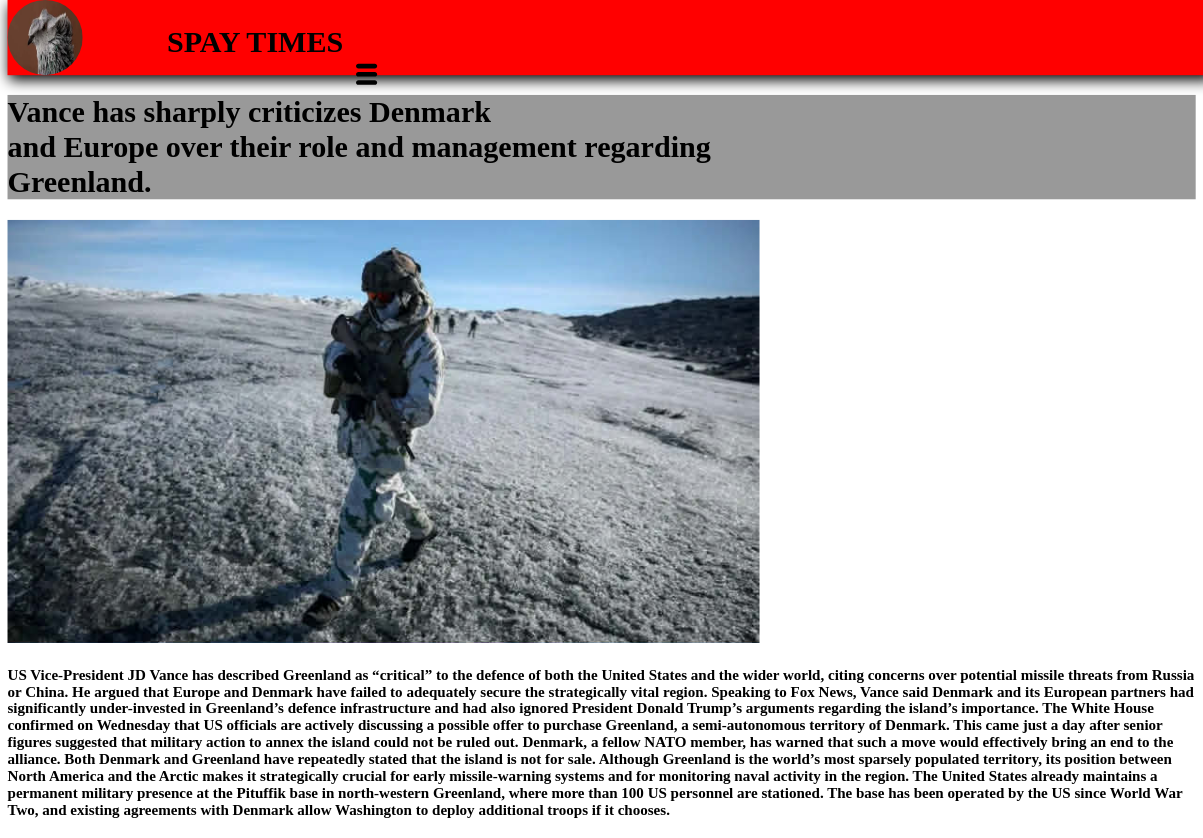
Repository: ridhukhan/spytimes
Page: /, after clicking the first element matching `svg`
The author's editor kept a copy of each file at every save. The page is drawn from the files as they stood at one save, then again after the next save.
The browser window is 1280 px wide. The pictures show the whole page, at 94% of full size.
The project was rebuilt for these pictures with package versions that can differ from the ones it lists, and the page was loaded fresh each time. Also part of the build but not shown: vite.config.js.

Above is the page before, as saved 2026-01-09 21:57:18.

After the next save:
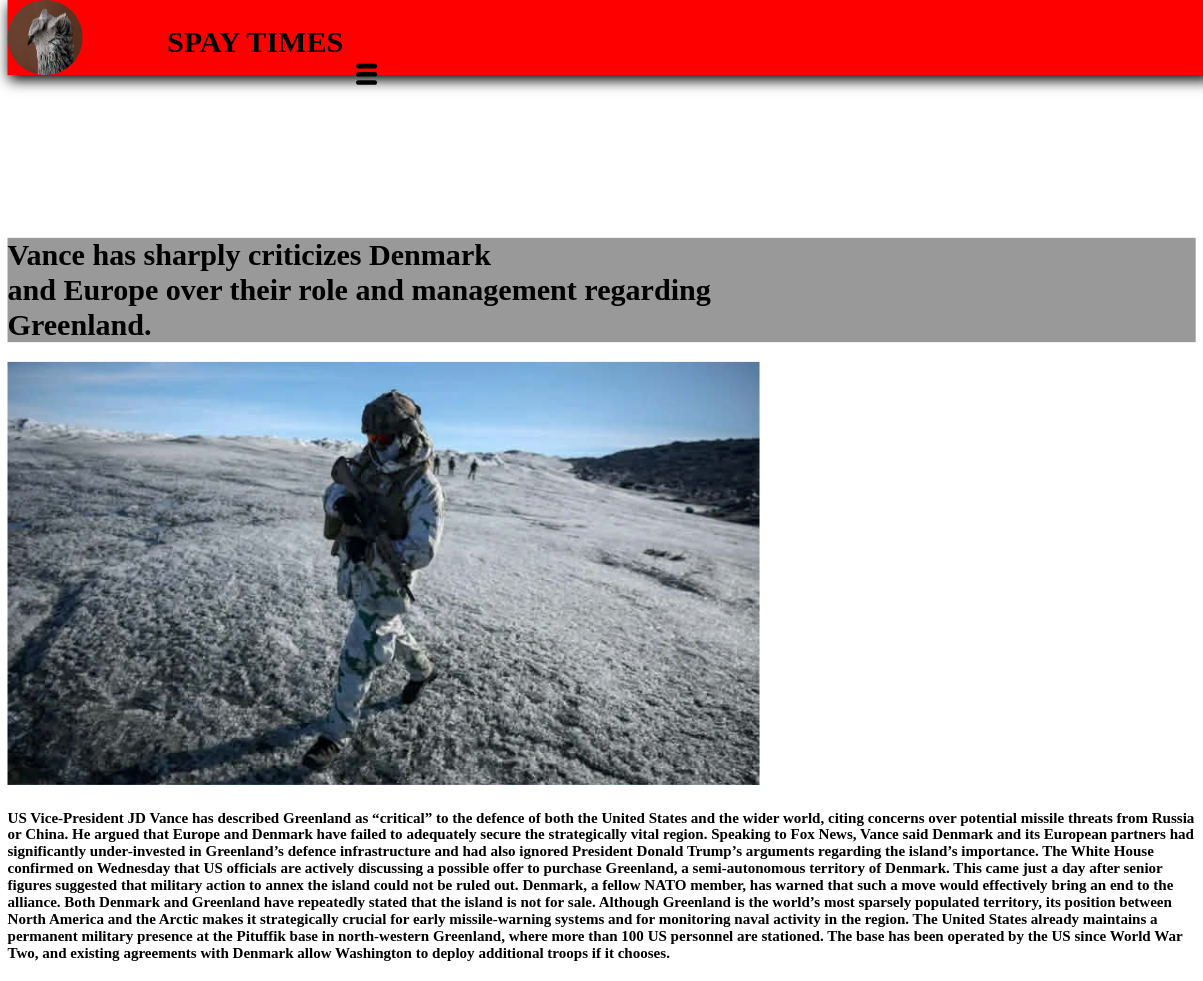
Saved 4 s later.
--- a/src/pages/home/Home.jsx
+++ b/src/pages/home/Home.jsx
@@ -2,7 +2,7 @@
 import home1 from "../../assets/home1.jpeg"
 const Home = () => {
   return (
-    <div style={{marginTop:"8%"}}>
+    <div style={{marginTop:"20%"}}>
 
 
         <h1 style={{backgroundColor:"#999"}}>Vance has sharply criticizes Denmark <br /> and Europe over their role and management regarding <br /> Greenland.</h1>
